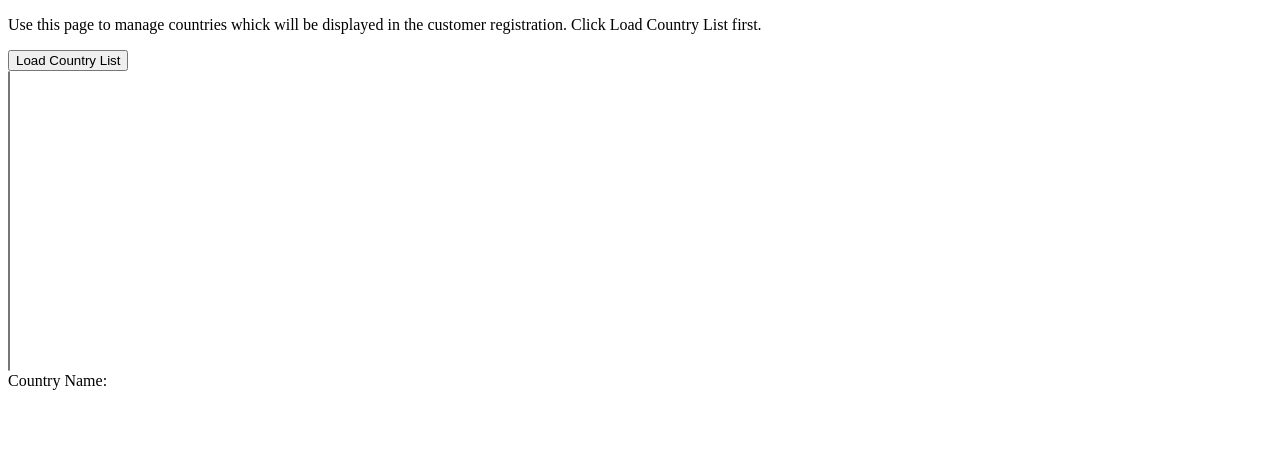
Repository: theAnh-js/Spring-Boot-E-commerce
Page: http://localhost/settings/states
These files come from the project's save history. The page is drawn as it stood at one moment and after the next save; the edit follows.
The browser window is 1280 px wide. The pictures show the whole page.
The page is this project's Thymeleaf template; nobody is signed in. The template is opened directly, without the code that normally fills it, so the values that code supplies are empty.

Above is the page before, as saved 2024-02-15 04:05:17.

After the next save:
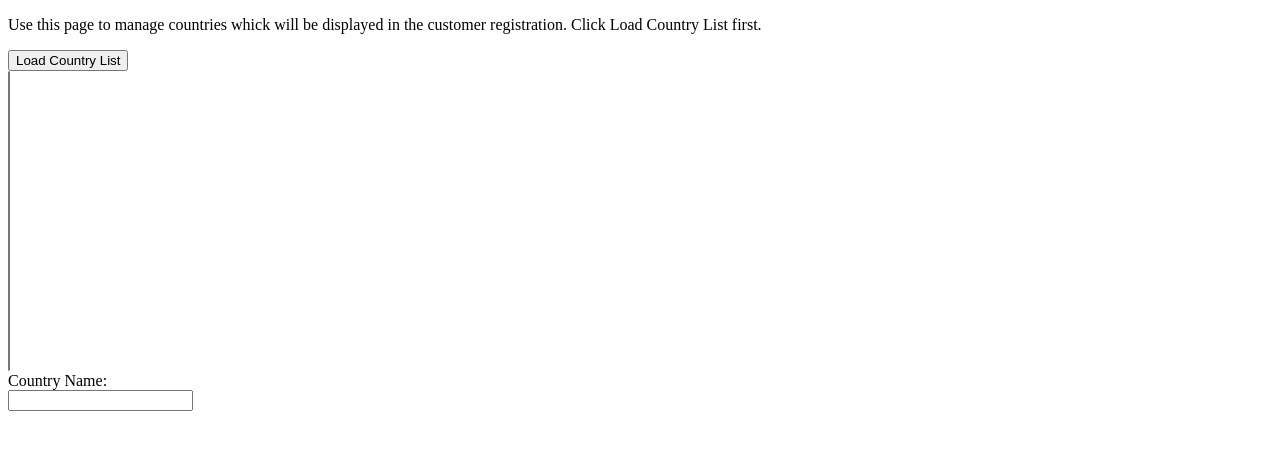
Saved 2 min 41 s later.
--- a/ShopmeProject/ShopmeWebParent/ShopmeBackEnd/src/main/resources/templates/settings/states.html
+++ b/ShopmeProject/ShopmeWebParent/ShopmeBackEnd/src/main/resources/templates/settings/states.html
@@ -18,7 +18,9 @@
 	</div>
 	<div class="form-group row">
 		<label class="col-form-label">Country Name:</label>
-		<div class="col-md"> </div>
+		<div class="col-md">
+			<input type="text" class="form-control" id="fieldCountryName"/>
+		</div>
 	</div>
 
 </div>
